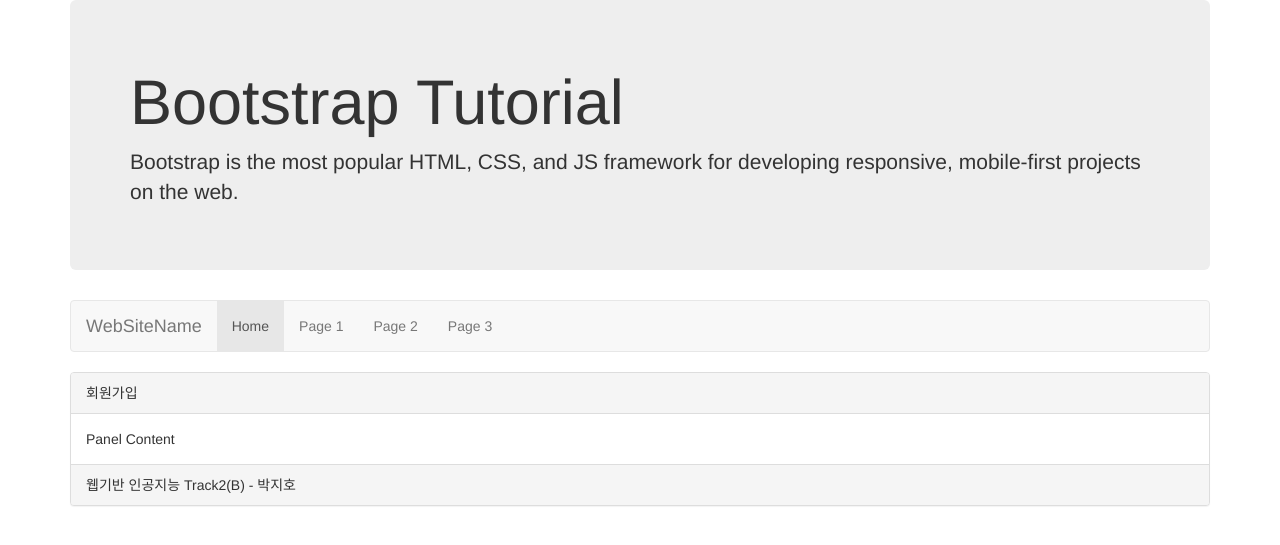
Repository: Jipumpkin/WebServer
Page: http://localhost/FrontCommandPattern/main.jsp
An editor plug-in stored every save of this project. The page is shown before and after the next save, followed by the edit.
The browser window is 1280 px wide. The pictures show the whole page.
The page is served by Tomcat 9.

Above is the page before, as saved 2024-08-20 01:15:12.

After the next save:
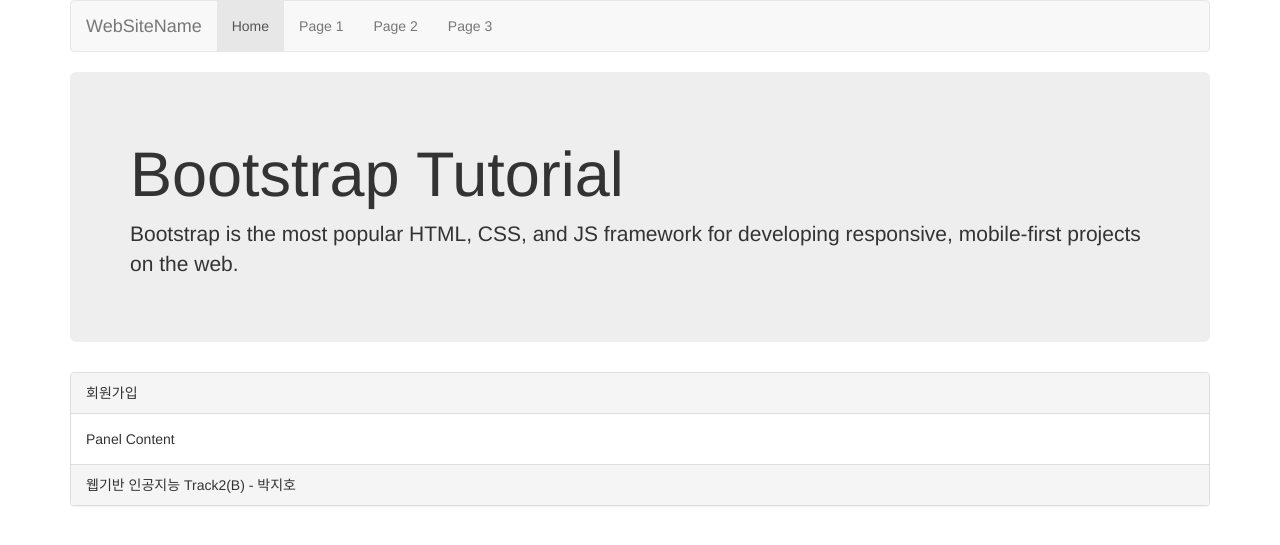
Saved 22 s later.
--- a/FrontCommandPattern/src/main/webapp/main.jsp
+++ b/FrontCommandPattern/src/main/webapp/main.jsp
@@ -11,11 +11,6 @@
 </head>
 <body>
 	<div class="container">
-	    <div class="jumbotron">
-		    <h1>Bootstrap Tutorial</h1>
-		    <p>Bootstrap is the most popular HTML, CSS, and JS framework for developing
-		    responsive, mobile-first projects on the web.</p>
-	  	</div>
 
 		<nav class="navbar navbar-default">
 		  <div class="container-fluid">
@@ -31,6 +26,11 @@
 		  </div>
 		</nav>
 
+	    <div class="jumbotron">
+		    <h1>Bootstrap Tutorial</h1>
+		    <p>Bootstrap is the most popular HTML, CSS, and JS framework for developing
+		    responsive, mobile-first projects on the web.</p>
+	  	</div>
 
 	 	<div class="panel panel-default">
 		    <div class="panel-heading">회원가입</div>
